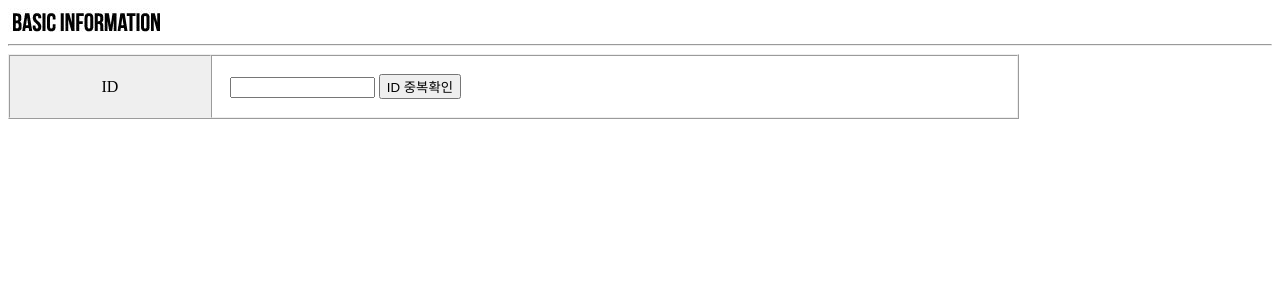
Repository: kminjoo/Making-website-using-JSP
Page: http://localhost/website_project/Register.jsp
These files come from the project's save history. The page is drawn as it stood at one moment and after the next save; the edit follows.
The browser window is 1280 px wide. The pictures show the whole page.
The page is served by Tomcat 9. Other server files are loaded and not shown.

Above is the page before, as saved 2015-07-21 13:58:48.

### website_project/WebContent/Register.jsp
<%@ page language="java" contentType="text/html; charset=EUC-KR"
    pageEncoding="EUC-KR"%>
<!DOCTYPE html PUBLIC "-//W3C//DTD HTML 4.01 Transitional//EN" "http://www.w3.org/TR/html4/loose.dtd">
<html>
<head>
<meta http-equiv="Content-Type" content="text/html; charset=EUC-KR">
<title>Welcome to Minjoo's Website!</title>
<link href="style.css" rel="stylesheet" type="text/css">

<script language="JavaScript" src="script.js"></script>
</head>
<body>
<div><img src="<%=request.getContextPath() %>/images/basicInfo.JPG"/></div>
<hr>
<table border="1" cellpadding="18" cellspacing="1" width="80%">
<form name="regForm" method="post" action="RegisterProc.jsp">
	<tr>
		<td width="15%" align="center" bgcolor="#EFEFEF">ID</td>
		<td width="60%"><input type="text" name="mem_id" size="15">
		<input type="button" value="ID 중복확인" onClick="idCheck(this.form.mem_id.value)"></td>
	</tr>
</table>
</form>

</body>
</html>

### website_project/WebContent/style.css
@CHARSET "EUC-KR";

hr {
    display: block;
    margin-top: 0.5em;
    margin-bottom: 0.5em;
    margin-left: auto;
    margin-right: auto;
    border-style: inset;
    border-width: 1px;
}

table {
    display: table;
    border-collapse: collpase;
    border-spacing: 0px;
    border-color: #EFEFEF;
}

### website_project/WebContent/script.js
/**
 *
 */


function loginCheck(){
	if(document.login.mem_id.value==""){
		alert("Enter your ID.");
		document.login.mem_id.focus();
		return;
	}
	if(document.login.mem_passwd.value==""){
		alert("Enter your password.");
		document.login.mem_passwd.focus();
		return;
	}
	document.login.submit();

}

function memberReg(){
	location.href ="Register.jsp";
}
function idCheck(id){
	if(id == ""){
	alert("Enter your ID.");
	document.regForm.mem_id.focus();
	}else{
		url="IdCheck.jsp?mem_id=" + id;
		window.open(url,"post","width=300,height=150");
	}
}

function inputCheck(){
	if(document.regForm.mem_id.value==""){
		alert("Enter your ID.");
		document.regForm.mem_id.focus();
		return;
	}
	if(document.regForm.mem_password.value==""){
		alert("Enter your Password.");
		document.regForm.mem_password.focus();
		return;
	}
	if(document.regForm.mem_repasswd.value==""){
		alert("Enter your Password.");
		document.regForm.mem_repasswd.focus();
		return;
	}

	if(document.regForm.mem_password.value != document.regForm.mem_repasswd.value){
		alert("Passwords do not match.");
		document.regForm.mem_passwd.focus();
		return;
	}

	if(document.regForm.mem_firstname.value==""){
		alert("Enter your first name.");
		document.regForm.mem_firstname.focus();
		return;
	}
	if(document.regForm.mem_lastname.value==""){
		alert("Enter your last name.");
		document.regForm.mem_lastname.focus();
		return;
	}
	if(document.regForm.mem_email.value==""){
		alert("Enter your email address.");
		document.regForm.mem_email.focus();
		return;
	}
	if(document.regForm.mem_phone1.value==""){
		alert("Enter your phone number.");
		document.regForm.mem_phone1.focus();
		return;
	}
	if(document.regForm.mem_phone2.value==""){
		alert("Enter your phone number.");
		document.regForm.mem_phone2.focus();
		return;
	}
	if(document.regForm.mem_phone3.value==""){
		alert("Enter your phone number.");
		document.regForm.mem_phone3.focus();
		return;
	}

	var str = document.regForm.mem_email.value;
	var atPos = str.indexOf('@');
	var atLastPos = str.lastIndexOf('@');
	var dotPos = str.indexOf('.');
	var spacePos = str.indexOf(' ');
	var commaPos = str.indexOf(',');
	var emailSize = str.length;

	if(atPos>1 && atPos == atLastPos && dotPos > 3 && spacePos == -1 &&
			commaPos == -1 && atPos + 1 < dotPos && dotPos + 1 < emailSize );
	else{
		alert("This e-mail address is incorrectly formatted. \n\r Please try again.");
		document.regForm.mem_email.focus();
		return;
	}

	document.regForm.submit();
}

function inputCheck2(){
	if(document.regForm.mem_id.value==""){
		alert("Enter your ID.");
		document.regForm.mem_id.focus();
		return;
	}
	if(document.regForm.mem_password.value==""){
		alert("Enter your Password.");
		document.regForm.mem_password.focus();
		return;
	}

	if(document.regForm.mem_firstname.value==""){
		alert("Enter your first name.");
		document.regForm.mem_firstname.focus();
		return;
	}
	if(document.regForm.mem_lastname.value==""){
		alert("Enter your last name.");
		document.regForm.mem_lastname.focus();
		return;
	}
	if(document.regForm.mem_email.value==""){
		alert("Enter your email address.");
		document.regForm.mem_email.focus();
		return;
	}
	if(document.regForm.mem_phone1.value==""){
		alert("Enter your phone number.");
		document.regForm.mem_phone1.focus();
		return;
	}
	if(document.regForm.mem_phone2.value==""){
		alert("Enter your phone number.");
		document.regForm.mem_phone2.focus();
		return;
	}
	if(document.regForm.mem_phone3.value==""){
		alert("Enter your phone number.");
		document.regForm.mem_phone3.focus();
		return;
	}

	var str = document.regForm.mem_email.value;
	var atPos = str.indexOf('@');
	var atLastPos = str.lastIndexOf('@');
	var dotPos = str.indexOf('.');
	var spacePos = str.indexOf(' ');
	var commaPos = str.indexOf(',');
	var emailSize = str.length;

	if(atPos>1 && atPos == atLastPos && dotPos > 3 && spacePos == -1 &&
			commaPos == -1 && atPos + 1 < dotPos && dotPos + 1 < emailSize );
	else{
		alert("This e-mail address is incorrectly formatted. \n\r Please try again.");
		document.regForm.mem_email.focus();
		return;
	}

	document.regForm.submit();
}

function win_close()
{
	self.close();
}

function searchInputCheck(sform){
	if(sform.search.value==""){
	alert("Enter what you want to search");
	sform.search.focus();
	return false;
}
	sform.submit();
}

After the next save:
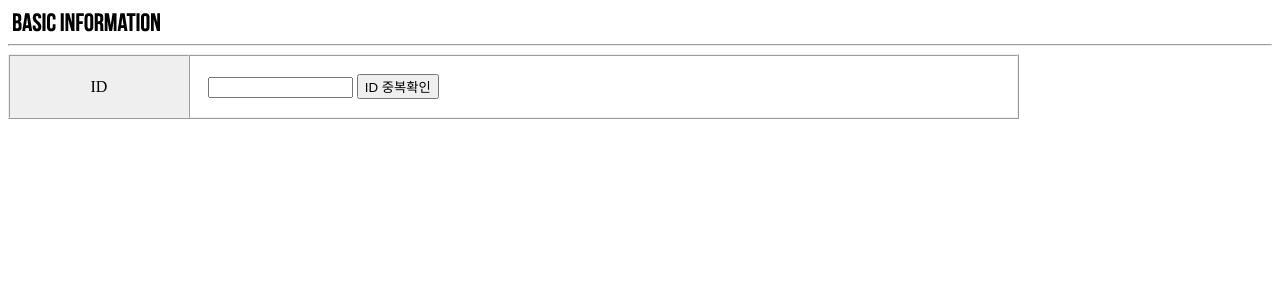
Saved 23 s later.
--- a/website_project/WebContent/Register.jsp
+++ b/website_project/WebContent/Register.jsp
@@ -15,7 +15,7 @@
 <table border="1" cellpadding="18" cellspacing="1" width="80%">
 <form name="regForm" method="post" action="RegisterProc.jsp">
 	<tr>
-		<td width="15%" align="center" bgcolor="#EFEFEF">ID</td>
+		<td width="13%" align="center" bgcolor="#EFEFEF">ID</td>
 		<td width="60%"><input type="text" name="mem_id" size="15">
 		<input type="button" value="ID 중복확인" onClick="idCheck(this.form.mem_id.value)"></td>
 	</tr>
